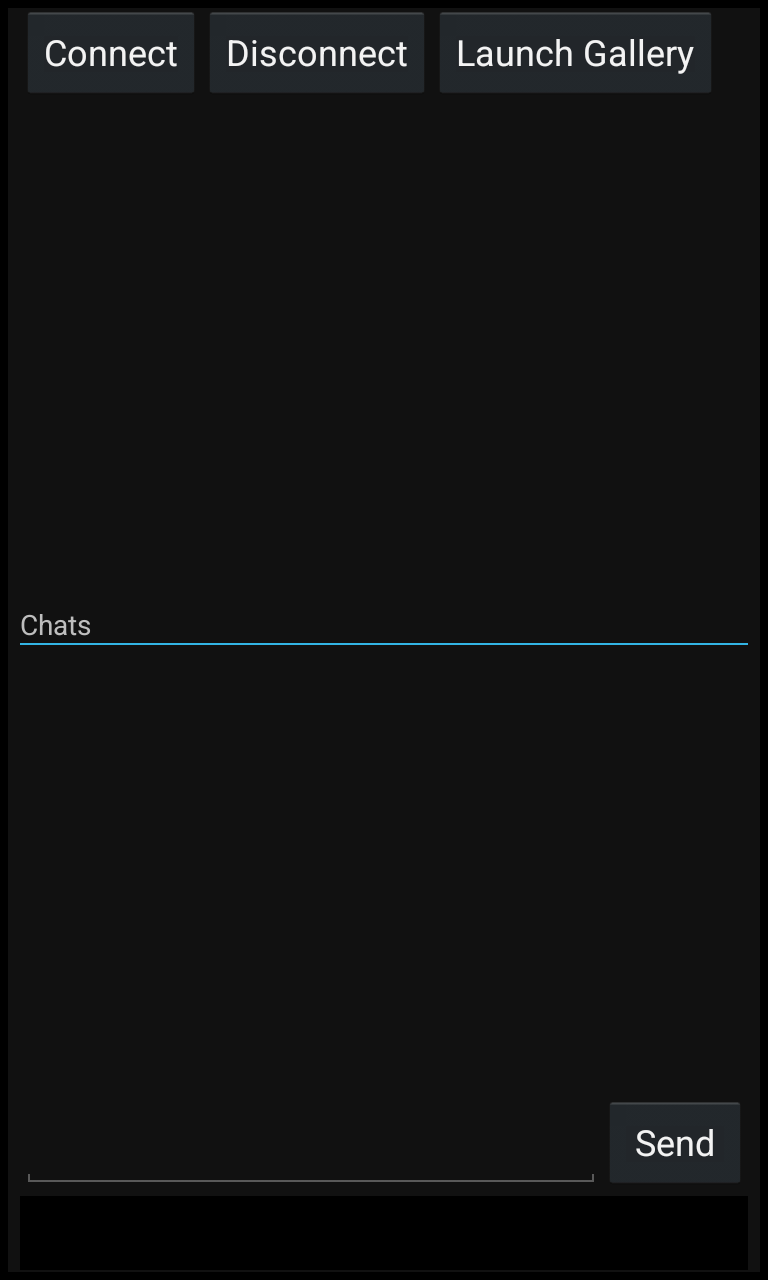
Repository: flyingbuffalo/AndroidTest
Layout: WiFiDirectDemo/res/layout/device_detail.xml
The author's editor kept a copy of each file at every save. The layout is drawn from the files as they stood at one save, then again after the next save.
It is drawn on a 768 x 1280 px phone screen (xhdpi) without system bars, with theme android:Theme.Holo; the app's code is not run. Lists and similar views that code fills are empty.

Above is the layout before, as saved 2014-08-05 13:42:09.

After the next save:
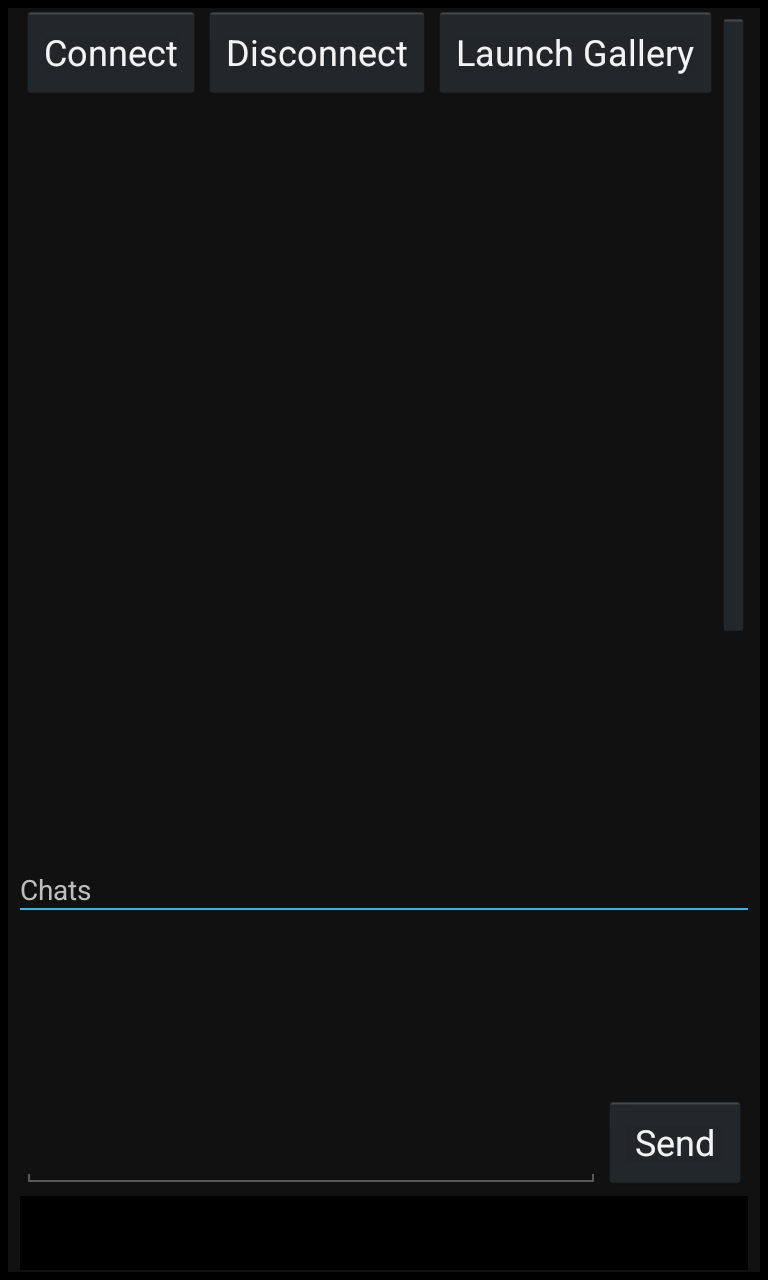
Saved 2 min 23 s later.
--- a/WiFiDirectDemo/res/layout/device_detail.xml
+++ b/WiFiDirectDemo/res/layout/device_detail.xml
@@ -30,6 +30,12 @@
                 android:layout_width="wrap_content"
                 android:layout_height="wrap_content"
                 android:text="@string/disconnect_peer_button" />
+            <Button
+                android:id="@+id/btn_start_client"
+                android:layout_width="wrap_content"
+                android:layout_height="wrap_content"
+                android:text="@string/get_file_button"
+                android:visibility="visible" />
             <Button
                 android:id="@+id/btn_start_client"
                 android:layout_width="wrap_content"
